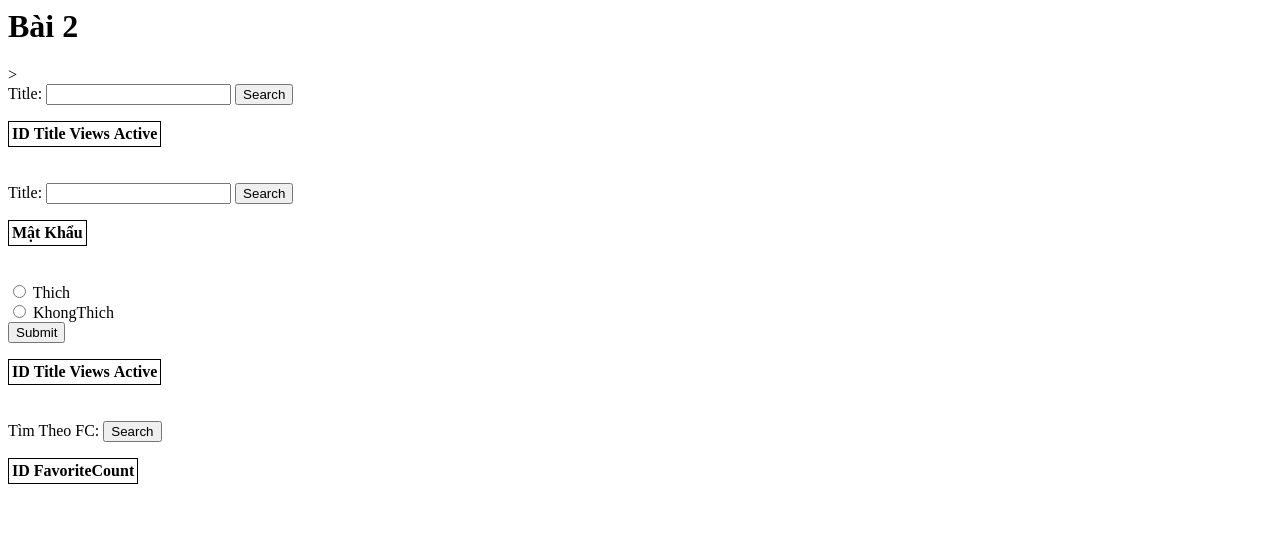
Repository: Hacorbie/Java-Servlet
Page: http://localhost/ASM_JV4/views/NewFile.jsp
These files come from the project's save history. The page is drawn as it stood at one moment and after a run of saves; the edit follows.
The browser window is 1280 px wide. The pictures show the whole page.
The page is served by Tomcat 9. Other server files are loaded and not shown. The template is opened directly, without the code that normally fills it, so the values that code supplies are empty.

Above is the page before, as saved 2023-04-04 19:28:59.

### ASM_JV4/src/main/webapp/views/NewFile.jsp
<%@ taglib uri="http://java.sun.com/jsp/jstl/core" prefix="c"%>
<%@ page language="java" contentType="text/html; charset=UTF-8"
	pageEncoding="UTF-8"%>
<html>
<meta charset="UTF-8">
<head>
<title>Search Videos</title>
</head>
<body>
	<h1>Bài 2</h1>>
	<c:url var =  "url" value ="/Lab6"></c:url>
	<form action="${url}/SearchVid" method="POST">
		<label>Title:</label> <input type="text" name="searchvid">
		<button type="submit">Search</button>
	</form>
	<table style="border: 1px solid black">
		<thead>
			<tr>
				<th>ID</th>
				<th>Title</th>
				<th>Views</th>
				<th>Active</th>
			</tr>
		</thead>
		<tbody>
			<c:forEach items="${videos}" var="video">
				<tr>
					<td>${video.id}</td>
					<td>${video.title}</td>
					<td>${video.views}</td>
					<td>${video.active}</td>
				</tr>
			</c:forEach>
		</tbody>
	</table>
	<br>
	<br>
	<form action="${url}/SearchUser" method="POST">
		<label>Title:</label> <input type="text" name="searchUserByVid">
		<button type="submit">Search</button>

	</form>
	<table style="border: 1px solid black">
			<thead>
				<tr>
					<th>Mật Khẩu</th>

				</tr>
			</thead>
			<tbody>
				<c:forEach items="${users}" var="user">
					<tr>
						<td>${user.password}</td>
					</tr>
				</c:forEach>
			</tbody>
		</table>
		<br> <br>
	<form action="${url}/SearchVidByF" method="POST">
		<input type="radio" name ="thichh" value = "yes" >
			<label> Thich</label><br>
			<input type="radio" name ="thichh" value = "no">
			<label> KhongThich</label><br>
				<input type="submit" />
	</form>
			<table style="border: 1px solid black">
			<thead>
				<tr>
					<th>ID</th>
					<th>Title</th>
					<th>Views</th>
					<th>Active</th>

				</tr>
			</thead>
			<tbody>
				<c:forEach items="${videofs}" var="videof">
					<tr>
						<td>${videof.id}</td>
						<td>${videof.title}</td>
						<td>${videof.views}</td>
						<td>${videof.active}</td>
					</tr>
				</c:forEach>
			</tbody>
		</table>
		<br> <br>
	<form action="${url}/SearchVidByCount" method="POST">
	<label>Tìm Theo FC:</label>
		<button type="submit">Search</button>
	</form>

			<table style="border: 1px solid black">
			<thead>
				<tr>
					<th>ID</th>
					<th>FavoriteCount</th>

				</tr>
			</thead>
			<tbody>
				<c:forEach items="${rps}" var="rp">
					<tr>
						<td>${rp.groupp}</td>
					<td>${rp.likes}</td>
					</tr>
				</c:forEach>
			</tbody>
		</table>
</body>
</html>

After the next 2 saves:
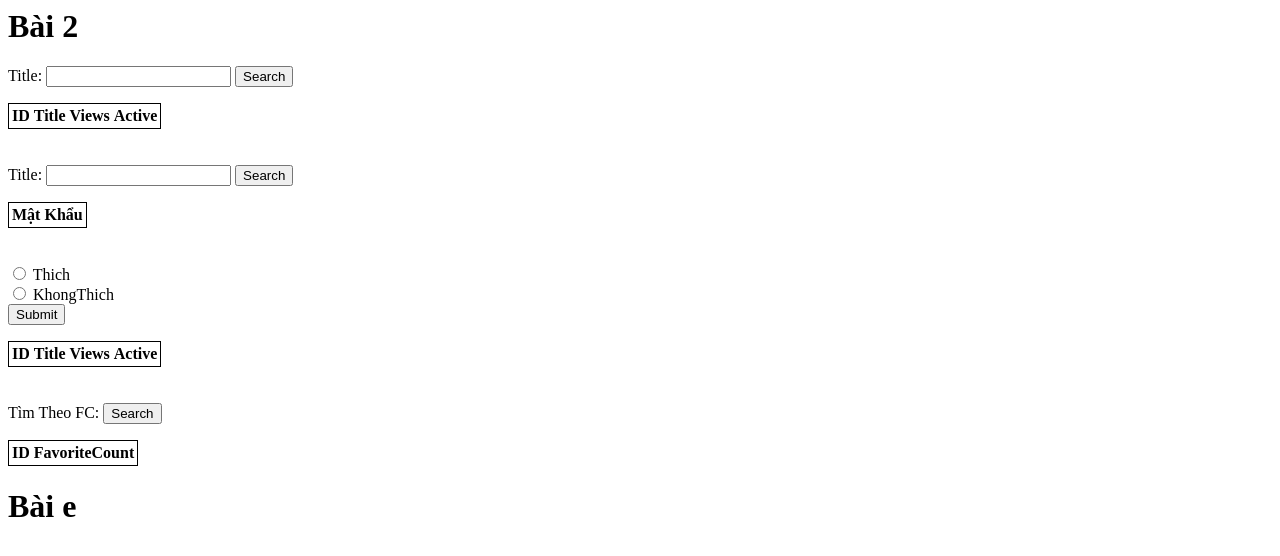
The 2 saves are shown as one change because they came seconds apart.
The last was saved 36 s later.
--- a/ASM_JV4/src/main/webapp/views/NewFile.jsp
+++ b/ASM_JV4/src/main/webapp/views/NewFile.jsp
@@ -7,7 +7,7 @@
 <title>Search Videos</title>
 </head>
 <body>
-	<h1>Bài 2</h1>>
+	<h1>Bài 2</h1>
 	<c:url var =  "url" value ="/Lab6"></c:url>
 	<form action="${url}/SearchVid" method="POST">
 		<label>Title:</label> <input type="text" name="searchvid">
@@ -107,5 +107,6 @@
 				</c:forEach>
 			</tbody>
 		</table>
+		<h1>Bài e</h1>
 </body>
 </html>
